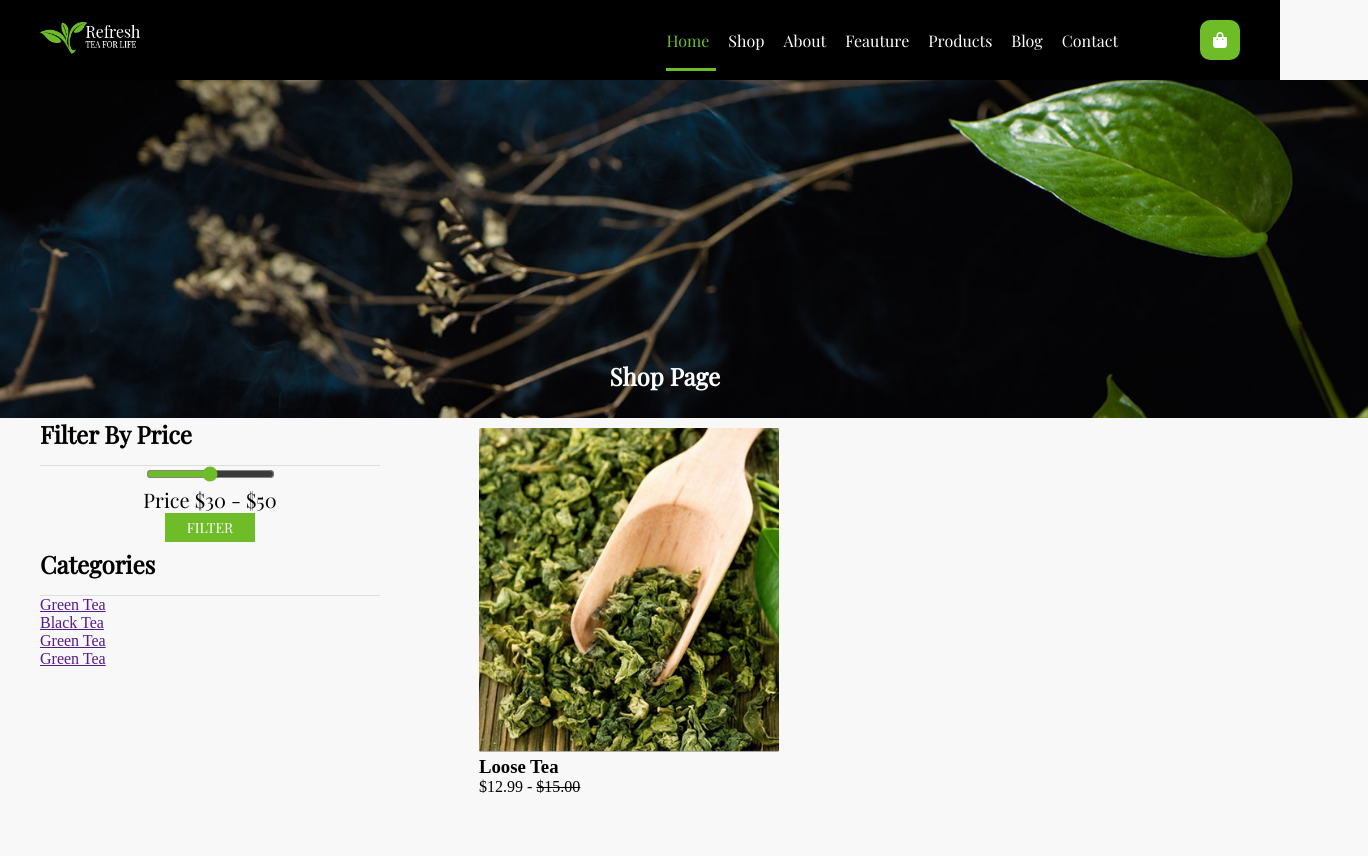
Repository: 52hzwhaleblue/school_teashop
Page: shop.html
The author's editor kept a copy of each file at every save. The page is drawn from the files as they stood at one save, then again after the next save.
The browser window is 1280 px wide. The page is 1368 px wide, so the pictures cover 1368 px, including what lies to the right of the window. The pictures show the whole page.
Some web libraries are served in a nearby version.

Above is the page before, as saved 2022-04-27 22:59:13.

After the next save:
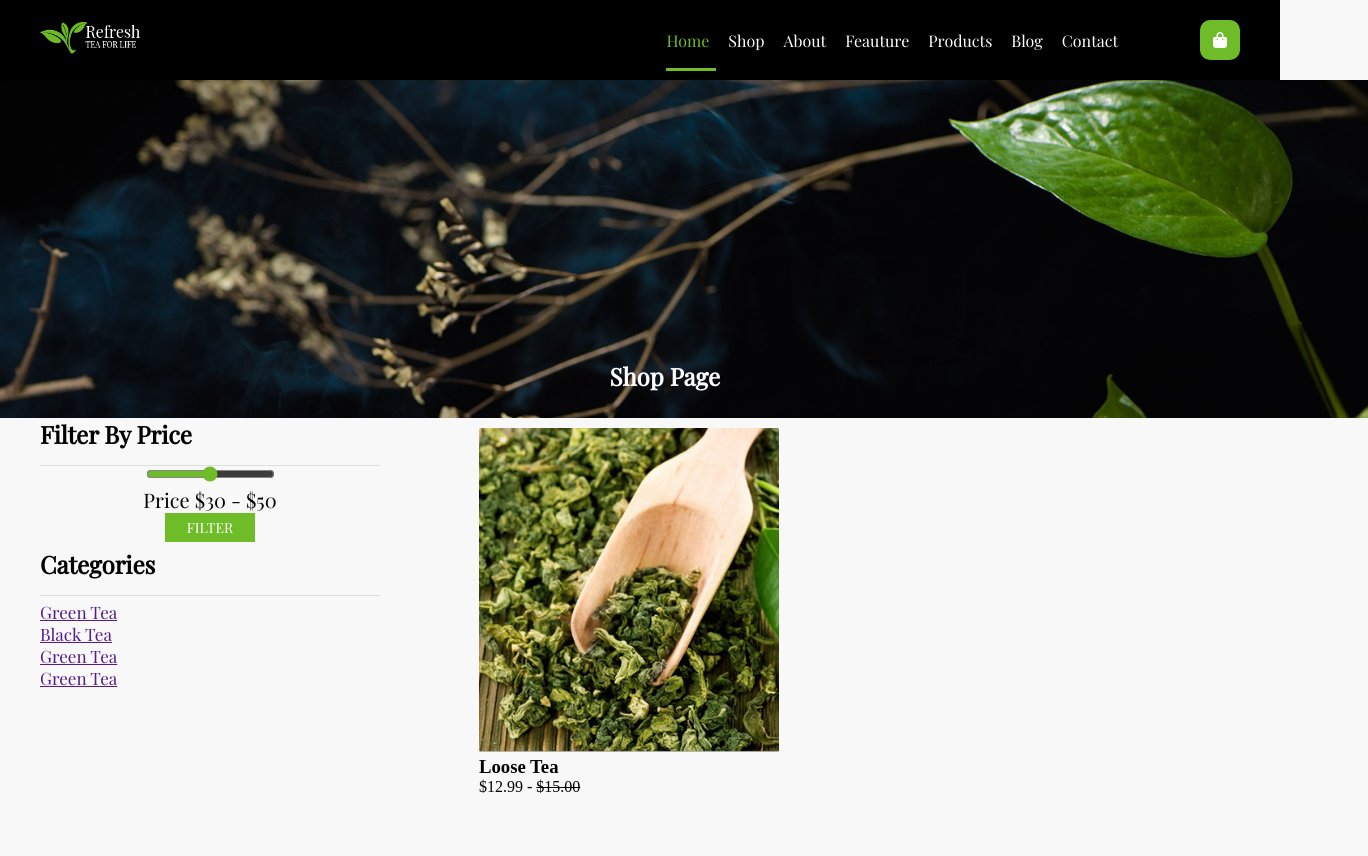
Saved 2 min 24 s later.
--- a/style.css
+++ b/style.css
@@ -698,14 +698,13 @@ body {
     border-bottom: 1px #dedede solid;
     padding-bottom: 15px;
 }
-.category ul li a{
+.category {
     font-family: "Playfair Display", serif;
     color: #333333;
     font-size: 17px;
     border-bottom: 10px solid transparent;
     padding: 5px 0;
     text-decoration: none;
-    transition: 0.3s;
 }
 ul{
     list-style-type: none;
